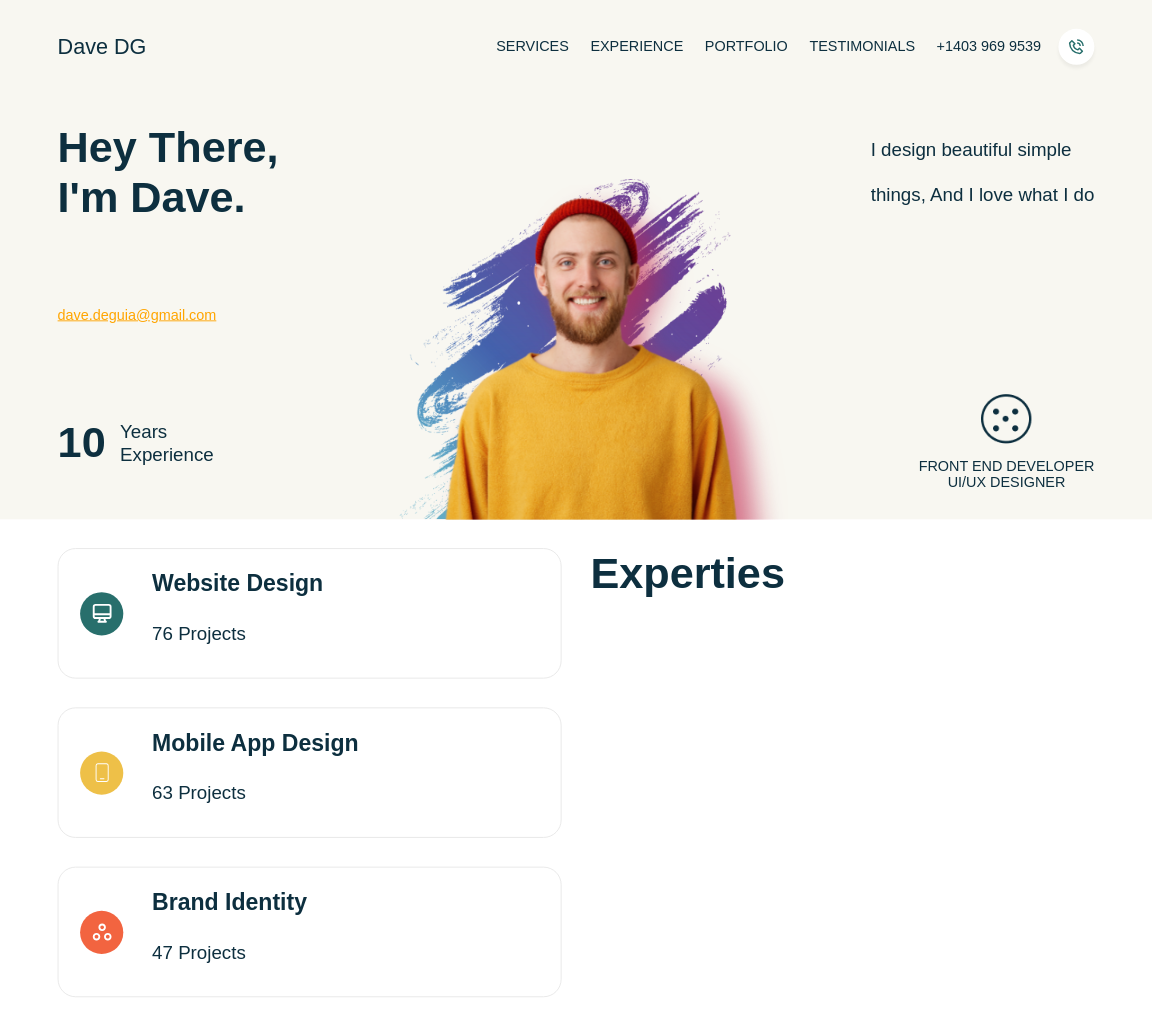
Repository: davedeguia/framer-motion-portfolio
Page: /
An editor plug-in stored every save of this project. The page is shown before and after the next save, followed by the edit.
The browser window is 1280 px wide. The pictures show the whole page, at 90% of full size.
Some web fonts or font styles are not loaded; a fallback is used. The project was rebuilt for these pictures with package versions that can differ from the ones it lists, and the page was loaded fresh each time. Also part of the build but not shown: vite.config.js.

Above is the page before, as saved 2023-02-10 15:47:20.

### index.html
<!DOCTYPE html>
<html lang="en">
  <head>
    <meta charset="UTF-8" />
    <link rel="icon" type="image/svg+xml" href="/vite.svg" />
    <meta name="viewport" content="width=device-width, initial-scale=1.0" />
    <link rel="stylesheet" href="https://stijndv.com/fonts/Eudoxus-Sans.css" />
      <title>Dave DG</title>
  </head>
  <body>
    <div id="root"></div>
    <script type="module" src="/src/main.jsx"></script>
  </body>
</html>

### src/main.jsx
import React from 'react'
import ReactDOM from 'react-dom/client'
import App from './App'
import './styles/index.css'
import './styles/global.scss'

ReactDOM.createRoot(document.getElementById('root')).render(
  <React.StrictMode>
    <App />
  </React.StrictMode>
)

### src/App.jsx
import Experties from './components/Experties/Experties'
import Header from './components/Header/Header'
import Hero from './components/hero/Hero'
import css from './styles/app.module.scss'

const App = () => {
  return (
    <div className={`bg-primary ${css.container}`}>
      <Header />
      <Hero />
      <Experties />
    </div>
  )
}

export default App

### src/styles/index.css
* {
    margin: 0;
    padding: 0;
    box-sizing: border-box;
    scroll-behavior: smooth;
    font-family: "Eudoxus Sans", sans-serif;
  }

### src/styles/global.scss
@import './constants.scss';

.bg-primary {
  background: #F8F7F1;
}

.innerWidth {
  @media (min-width: $xxl) {
    max-width: 1280px;
    margin: auto;
  }

  width: 100%;
}

.paddings {
  @media (min-width: $sm) {
    padding: 4rem;
  }


  @media (min-width: $xl),
  (min-width: $md) {
    padding-top: 2rem;
    padding-bottom: 2rem;
  }

  padding-left: 1.5rem;
  padding-right: 1.5rem;
  padding-top: 1.5rem;
  padding-bottom: 1.5rem;
}



.xPaddings {
  @media (min-width: $sm) {
    padding-left: 4rem;
    padding-right: 4rem;
  }

  padding-left: 1.5rem;
  /* 24px */
  padding-right: 1.5rem;
  /* 24px */
}

.yPaddings {
  @media (min-width: $sm) {
    padding-top: 4rem;
    padding-bottom: 4rem;
  }

  @media (min-width: $xl) {
    padding-top: 2rem;
    padding-bottom: 2rem;
  }

  padding-top: 3rem;
  padding-bottom: 3rem;
}

.topPaddings {
  @media (min-width : $sm) {
    padding-top: 4rem;
  }

  @media (min-width: $xl) {
    padding-top: 2rem;
  }

  padding-top: 3rem;
}


.bottomPaddings {
  @media (min-width : $sm) {
    padding-bottom: 4rem;
  }

  @media (min-width: $xl) {
    padding-bottom: 2rem;
  }

  padding-bottom: 3rem;
}


.flexCenter {
  display: flex;
  justify-content: center;
  align-items: center;
}

.flexStart {
  display: flex;
  justify-content: start;
  align-items: center;
}

.flexEnd {
  display: flex;
  justify-items: end;
}

.primaryText {
  @media (max-width: $sm) {
    font-size: 2.5rem;
  }
  font-size: 3rem;
  font-weight: bold;
}

.secondaryText {
  @media (max-width: $sm) {
    font-size: 1.1rem;
    line-height: 40px;
  }
  line-height: 50px;
  font-size: 1.3rem;
  font-weight: 500
}
.anchor {
  display: block;
  position: relative;
  top: -100px;
  visibility: hidden;
}

### src/components/Experties/Experties.jsx
import React from 'react'
import css from './Experties.module.scss'
import { projectExperience } from '../../utils/data'

const Experties = () => {
  return (
    <section className={css.wrapper}>
      <div
        className={`paddings yPaddings flexCenter innerWidth ${css.container}`}
      >
        <div className={css.leftSide}>
          {projectExperience.map((exp, i) => {
            return (
              <div className={css.exp} key={i}>
                <div className='flexCenter' style={{ background: exp.bg }}>
                  <exp.icon size={25} color='white' />
                </div>

                <div>
                  <span>{exp.name}</span>
                  <span className='secondaryText'>{exp.projects} Projects</span>
                </div>
              </div>
            )
          })}
        </div>
        <div className={css.rightSide}>
          <span className='primaryText'>Experties</span>
        </div>
      </div>
    </section>
  )
}

export default Experties

### src/components/Header/Header.jsx
import React, { useState } from 'react'
import css from './Header.module.scss'
import { BiMenuAltRight, BiPhoneCall } from 'react-icons/bi'
import { motion } from 'framer-motion'
import { getMenuStyles, headerVariants } from '../../utils/motion'
import useHeaderShadow from '../../hooks/useHeaderShadow'

const Header = () => {
  const [menuOpened, setMenuOpened] = useState(false)
  const headerShadow = useHeaderShadow()
  return (
    <motion.div
      initial='hidden'
      whileInView='show'
      variants={headerVariants}
      viewport={{ once: false, amount: 0.25 }}
      className={`paddings ${css.wrapper}`}
      style={{ boxShadow: headerShadow }}
    >
      <div className={`flexCenter innerWidth ${css.container}`}>
        <div className={css.name}>Dave DG</div>
        <ul
          style={getMenuStyles(menuOpened)}
          className={`flexCenter ${css.menu}`}
        >
          <li>
            <a href=''>Services</a>
          </li>

          <li>
            <a href=''>Experience</a>
          </li>

          <li>
            <a href=''>Portfolio</a>
          </li>

          <li>
            <a href=''>Testimonials</a>
          </li>

          <li className={`flexCenter ${css.phone}`}>
            <p>+1403 969 9539</p>
            <BiPhoneCall size={'40px'} />
          </li>
        </ul>
        {/* for medium and small screens */}
        <div
          className={css.menuIcon}
          onClick={() => setMenuOpened((prev) => !prev)}
        >
          <BiMenuAltRight size={30} />
        </div>
      </div>
    </motion.div>
  )
}

export default Header

### src/components/hero/Hero.jsx
import React from 'react'
import css from './Hero.module.scss'
import { motion } from 'framer-motion'
import { fadeIn, slideIn, staggerContainer } from '../../utils/motion'

const Hero = () => {
  return (
    <section className={`paddings ${css.wrapper}`}>
      <motion.div
        variants={staggerContainer}
        initial='hidden'
        whileInView='show'
        viewport={{ once: false, amount: 0.25 }}
        className={`innerWidth ${css.container}`}
      >
        {/* upper elements */}
        <div className={css.upperElements}>
          <motion.span
            variants={fadeIn('right', 'tween', 0.2, 1)}
            className='primaryText'
          >
            Hey There, <br /> I'm Dave.
          </motion.span>
          <motion.span
            variants={fadeIn('left', 'tween', 0.4, 1)}
            className='secondaryText'
          >
            I design beautiful simple <br /> things, And I love what I do
          </motion.span>
        </div>

        {/* person image */}
        <motion.div
          variants={fadeIn('up', 'tween', 0.3, 1)}
          className={css.person}
        >
          <motion.img
            variants={slideIn('up', 'tween', 0.5, 1.3)}
            src='./person.png'
            alt=''
          />
        </motion.div>

        {/* email */}
        <a className={css.email} href='mailto:dave.deguia@gmail.com'>
          dave.deguia@gmail.com
        </a>

        {/* lower elements */}
        <div className={css.lowerElements}>
          <div className={css.experience}>
            <div className='primaryText'>10</div>
            <div className='secondaryText'>
              <div>Years</div>
              <div>Experience</div>
            </div>
          </div>
          <div className={css.certificate}>
            <img src='./certificate.png' alt='' />
            <span>FRONT END DEVELOPER</span>
            <span>UI/UX DESIGNER</span>
          </div>
        </div>
      </motion.div>
    </section>
  )
}

export default Hero

### src/styles/app.module.scss
@import './constants.scss';

.container{
    overflow-x: clip;
    position: relative;
    color: $primary;

}

### src/components/Experties/Experties.module.scss
@import './../../styles/constants.scss';

.wrapper {
    background: white;

    .container {
        align-items: flex-start;
        gap: 2rem;
        flex-wrap: wrap;
        >div {
            flex: 1;
        }

        .leftSide {
            display: flex;
            flex-direction: column;
            gap: 2rem;

            .exp {
                display: flex;
                align-items: center;
                border: 1px solid $secondary-white;
                border-radius: 20px;
                padding: 1.5rem;
                gap: 2rem;
                transition: all 200ms ease-out;

                &hover {
                    cursor: pointer;
                    box-shadow: 0px 21px 13px rgba(0, 0, 0, 0.04);
                }

                //icon circles
                >:nth-child(1) {
                    padding: 10px;
                    width: 3rem;
                    height: 3rem;
                    border-radius: 999px;
                }

                //description
                >:nth-child(2) {
                    display: flex;
                    flex-direction: column;
                    gap: 1rem;

                    >:nth-child(1) {
                        font-size: 1.6rem;
                        font-weight: bold;
                    }
                }

            }
        }
    }
}

### src/utils/data.js
import { HiOutlineDesktopComputer } from "react-icons/hi";
import { CiMobile1 } from "react-icons/ci";
import { MdWorkspacesOutline } from "react-icons/md";
export const projectExperience = [
  {
    name: "Website Design",
    projects: 76,
    icon: HiOutlineDesktopComputer,
    bg: "#286F6C",
  },
  {
    name: "Mobile App Design",
    projects: 63,
    icon: CiMobile1,
    bg: "#EEC048",
  },
  {
    name: "Brand Identity",
    projects: 47,
    icon: MdWorkspacesOutline,
    bg: "#F26440",
  },
];

export const WhatDoIHelp = [
  "I will help you with finging a solution and solve your problem, We use process design to create digital products. Besides that also help their business.",
  "We use process design to create digital products. Besides that also help their business",
];

export const workExp = [
  {
    place: "Self-Employed, Brisbane",
    tenure: "Aug 2014 - Sep 2016",
    role: "Visual Designer",
    detail:
      "A visual desginer dsesign for a variety of platoforms, may include internet and internet sites, games, movies, kioasks and wearbies. In short, they create the concepts",
  },
  {
    place: "New Man Services",
    tenure: "Aug 2014 - Sep 2016",
    role: "UI/UX Designer",
    detail:
      "A visual desginer dsesign for a variety of platoforms, may include internet and internet sites, games, movies, kioasks and wearbies. In short, they create the concepts",
  },
  {
    place: "Global Solution",
    tenure: "Aug 2014 - Sep 2016",
    role: "Sr. Product Designer",
    detail:
      "A visual desginer dsesign for a variety of platoforms, may include internet and internet sites, games, movies, kioasks and wearbies. In short, they create the concepts",
  },
];

export const comments = [
  {
    name: "Anamika Sandula",
    post: "Creative Manager",
    comment:
      "Letraset sheets containing Lorem Ipsum passages, and more recently with desktop publishing software like Aldus PageMaker including versions of Lorem Ipsum.",
    img: "./people2.png",
  },
  {
    name: "Anamika Sandula",
    post: "Creative Manager",
    comment:
      "Letraset sheets containing Lorem Ipsum passages, and more recently with desktop publishing software like Aldus PageMaker including versions of Lorem Ipsum.",
    img: "./people1.png",
  },
  {
    name: "Anamika Sandula",
    post: "Creative Manager",
    comment:
      "Letraset sheets containing Lorem Ipsum passages, and more recently with desktop publishing software like Aldus PageMaker including versions of Lorem Ipsum.",
    img: "./people2.png",
  },
  {
    name: "Anamika Sandula",
    post: "Creative Manager",
    comment:
      "Letraset sheets containing Lorem Ipsum passages, and more recently with desktop publishing software like Aldus PageMaker including versions of Lorem Ipsum.",
    img: "./people1.png",
  },
  {
    name: "Anamika Sandula",
    post: "Creative Manager",
    comment:
      "Letraset sheets containing Lorem Ipsum passages, and more recently with desktop publishing software like Aldus PageMaker including versions of Lorem Ipsum.",
    img: "./people2.png",
  },
  {
    name: "Anamika Sandula",
    post: "Creative Manager",
    comment:
      "Letraset sheets containing Lorem Ipsum passages, and more recently with desktop publishing software like Aldus PageMaker including versions of Lorem Ipsum.",
    img: "./people1.png",
  },
  {
    name: "Anamika Sandula",
    post: "Creative Manager",
    comment:
      "Letraset sheets containing Lorem Ipsum passages, and more recently with desktop publishing software like Aldus PageMaker including versions of Lorem Ipsum.",
    img: "./people2.png",
  },
  {
    name: "Anamika Sandula",
    post: "Creative Manager",
    comment:
      "Letraset sheets containing Lorem Ipsum passages, and more recently with desktop publishing software like Aldus PageMaker including versions of Lorem Ipsum.",
    img: "./people1.png",
  },
  {
    name: "Anamika Sandula",
    post: "Creative Manager",
    comment:
      "Letraset sheets containing Lorem Ipsum passages, and more recently with desktop publishing software like Aldus PageMaker including versions of Lorem Ipsum.",
    img: "./people2.png",
  },
];

export const sliderSettings = {
  dots: true,
  infinite: false,
  speed: 1000,
  slidesToShow: 3,
  slidesToScroll: 1,
  initialSlide: 0,
  touchMove: true,
  useCSS: true,

  responsive: [
    {
      breakpoint: 1024,
      settings: {
        slidesToShow: 3,
        slidesToScroll: 3,
        infinite: true,
        dots: true,
      },
    },
    {
      breakpoint: 1000,
      settings: {
        slidesToShow: 2,
        slidesToScroll: 2,
        initialSlide: 2,
      },
    },
    {
      breakpoint: 480,
      settings: {
        slidesToShow: 1,
        slidesToScroll: 1,
      },
    },
  ],
};

### src/components/Header/Header.module.scss
@import './../../styles/constants.scss';

.wrapper {
    position: relative;
    z-index: 99;
    opacity: 1;
    transform: none;
    position: sticky;
    top: 0px;
    transition: all 300ms ease;

    .container {
        position: relative;
        justify-content: space-between;
        font-weight: 500;

        .name {
            font-size: 1.5rem;
            font-weight: 500;
        }

        .menu {

            @media (max-width: $sm),
            (max-width: $md) {
                position: absolute;
                list-style: none;
                gap: 2rem;
                font-weight: 500;
                flex-direction: column;
                right: 0;
                top: 3rem;
                height: calc(100vh - 6.3rem);
                width: 50%;
                min-width: 15rem;
                background: white;
                padding: 2rem;
                display: flex;
                border-radius: 10px;
                transition: all 200ms ease;
                align-items: flex-start;
                padding: 3rem;
                justify-content: flex-start;
                box-shadow: 0px 4px 4px rgba(0, 0, 0, 0.05);
            }

            text-transform: uppercase;
            font-size: 1rem;
            list-style: none;
            gap: 1.5rem;
            cursor: pointer;

            li {
                a {
                    color: inherit;
                    text-decoration: none;
                }

                &:hover {
                    color: $secondary;
                }
            }

            .phone {
                gap: 1.2rem;
                flex-wrap: wrap;

                svg {
                    color: $secondary;
                    background-color: white;
                    padding: 10px;
                    border-radius: 999px;
                    box-shadow: 0px 4px 4px rgba(0, 0, 0, 0.05);
                }
            }
        }



        .menuIcon {

            @media (max-width: $sm),
            (max-width: $md) {
                display: block;
            }

            display: none;
        }
    }
}

### src/utils/motion.js
export const headerVariants = {
  hidden: {
    opacity: 0,
    y: -50,
    transition: {
      type: 'spring',
      stiffness: 300,
      damping: 140,
    },
  },
  show: {
    opacity: 1,
    y: 0,
    transition: {
      type: 'spring',
      stiffness: 80,
      delay: 1,
    },
  },
}

export const slideIn = (direction, type, delay, duration) => ({
  hidden: {
    x: direction === 'left' ? '-100%' : direction === 'right' ? '100%' : 0,
    y: direction === 'up' ? '100%' : direction === 'down' ? '100%' : 0,
  },
  show: {
    x: 0,
    y: 0,
    transition: {
      type,
      delay,
      duration,
      ease: 'easeOut',
    },
  },
})

export const staggerContainer = (staggerChildren, delayChildren) => ({
  hidden: {},
  show: {
    transition: {
      staggerChildren,
      delayChildren,
    },
  },
})

export const textVariant = (delay) => ({
  hidden: {
    y: 50,
    opacity: 0,
  },
  show: {
    y: 0,
    opacity: 1,
    transition: {
      type: 'spring',
      duration: 1.25,
      delay,
    },
  },
})

export const textVariant2 = {
  hidden: {
    opacity: 0,
    y: 20,
  },
  show: {
    opacity: 1,
    y: 0,
    transition: {
      type: 'tween',
      ease: 'easeIn',
    },
  },
}

export const fadeIn = (direction, type, delay, duration) => ({
  hidden: {
    x: direction === 'left' ? 100 : direction === 'right' ? -100 : 0,
    y: direction === 'up' ? 100 : direction === 'down' ? -100 : 0,
    opacity: 0,
  },
  show: {
    x: 0,
    y: 0,
    opacity: 1,
    transition: {
      type,
      delay,
      duration,
      ease: 'easeOut',
    },
  },
})

export const zoomIn = (delay, duration) => ({
  hidden: {
    scale: 0,
    opacity: 0,
  },
  show: {
    scale: 1,
    opacity: 1,
    transition: {
      type: 'tween',
      delay,
      duration,
      ease: 'easeOut',
    },
  },
})

export const footerVariants = {
  hidden: {
    opacity: 0,
    y: 50,
    transition: {
      type: 'spring',
      stiffness: 300,
      damping: 140,
    },
  },
  show: {
    opacity: 1,
    y: 0,
    transition: {
      type: 'spring',
      stiffness: 80,
      delay: 0.5,
    },
  },
}

export const staggerChildren = {
  hidden: { opacity: 0 },
  show: {
    opacity: 1,
    transition: {
      staggerChildren: 0.5,
    },
  },
}

export const getMenuStyles = (menuOpened) => {
  if (document.documentElement.clientWidth <= 640) {
    return { right: !menuOpened && '-100%' }
  }
}

### src/components/hero/Hero.module.scss
@import './../../styles/constants.scss';

.wrapper {
    overflow: hidden;

    .container {
        position: relative;
        z-index: 1;

        .upperElements {
            @media (max-width: $sm) {
                justify-content: center;
                text-align: center;
                gap: 2rem;
            }
            display: flex;
            align-items: center;
            justify-content: space-between;
            flex-wrap: wrap;
        }

        .lowerElements {
            @media (max-width: $sm), (max-width: $md) {
                margin-top: 4rem;
                gap: 2rem;
                justify-content: center;
            }
            margin-top: 12rem;
            display: flex;
            flex-wrap: wrap;
            justify-content: space-between;

            .experience {
                display: flex;
                align-items: center;
                gap: 1rem;

                >:nth-child(2) {
                    line-height: 25px;
                }
            }

            .certificate {
                display: flex;
                flex-direction: column;
                align-items: center;

                img {
                    margin-bottom: 1rem;
                    width: 3.5rem;
                }
            }
        }

        .person {
            @media (max-width: $sm), (max-width: $md) {
                position: relative;
                left: 0;
                background-size: 20rem;
                display: flex;
                align-items: center;
                justify-content: center;
                background-position: bottom;
            }
            position: absolute;
            bottom: -2rem;
            margin: auto;
            background-image: url('../splash.png');
            background-repeat: no-repeat;
            background-size: 23rem;
            left: 33%;

            img {
                @media (max-width: $sm) {
                    width: 23rem;
                }
                margin-bottom: -5px;
            }
        }

        .email {
            @media (max-width: $sm) {
                position: relative;
                display: none;
            }
            position: absolute;
            top: 50%;
            color: orange;
            left: 0;
        }
    }
}

Loaded but not shown: src/styles/constants.scss (common file); src/hooks/useHeaderShadow.jsx (common file)

After the next save:
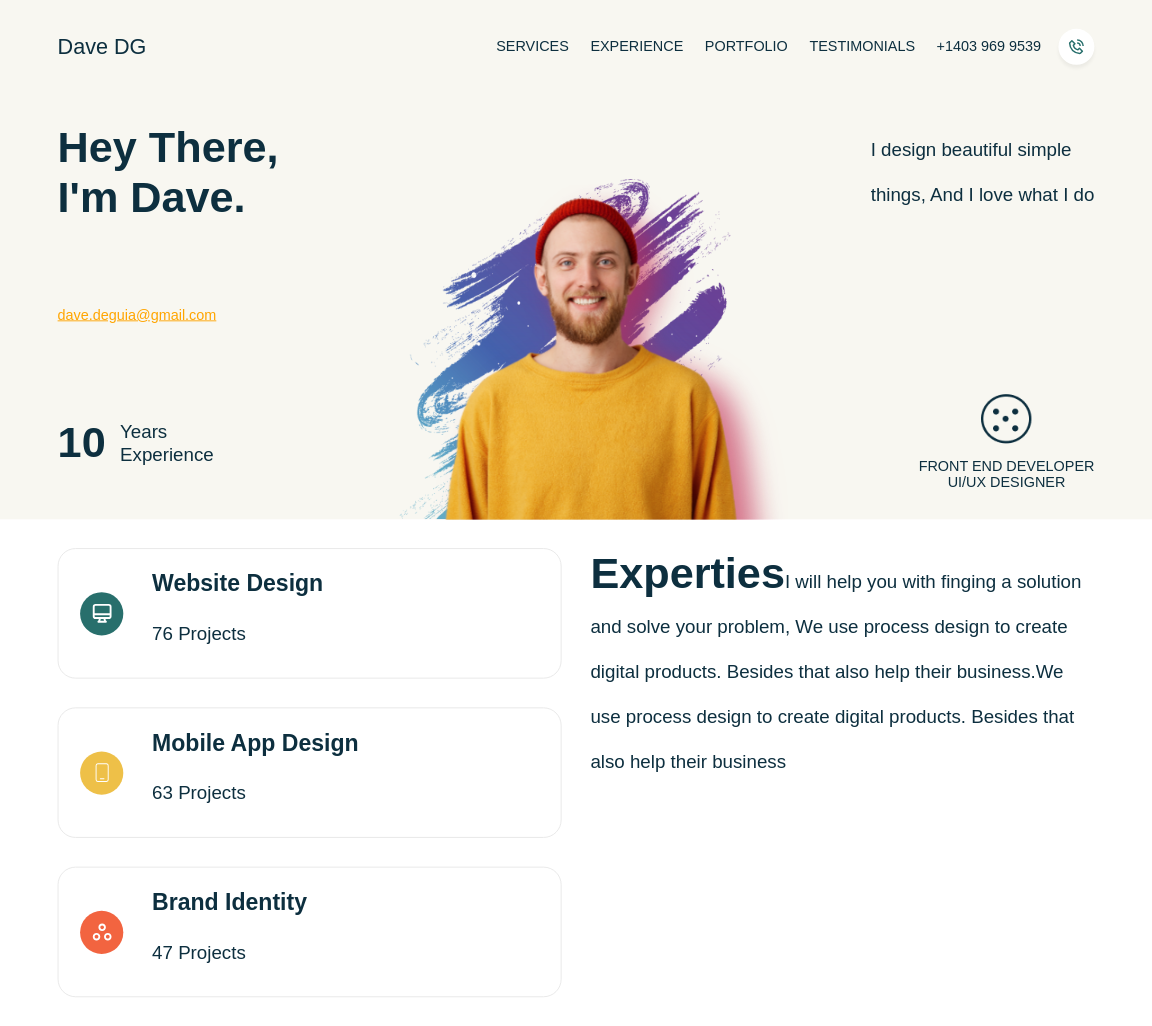
Saved 2 min 6 s later.
--- a/src/components/Experties/Experties.jsx
+++ b/src/components/Experties/Experties.jsx
@@ -1,6 +1,6 @@
 import React from 'react'
 import css from './Experties.module.scss'
-import { projectExperience } from '../../utils/data'
+import { projectExperience, WhatDoIHelp } from '../../utils/data'
 
 const Experties = () => {
   return (
@@ -26,6 +26,9 @@ const Experties = () => {
         </div>
         <div className={css.rightSide}>
           <span className='primaryText'>Experties</span>
+          {WhatDoIHelp.map((paragraph, i) => {
+            return <span className='secondaryText'>{paragraph}</span>
+          })}
         </div>
       </div>
     </section>
